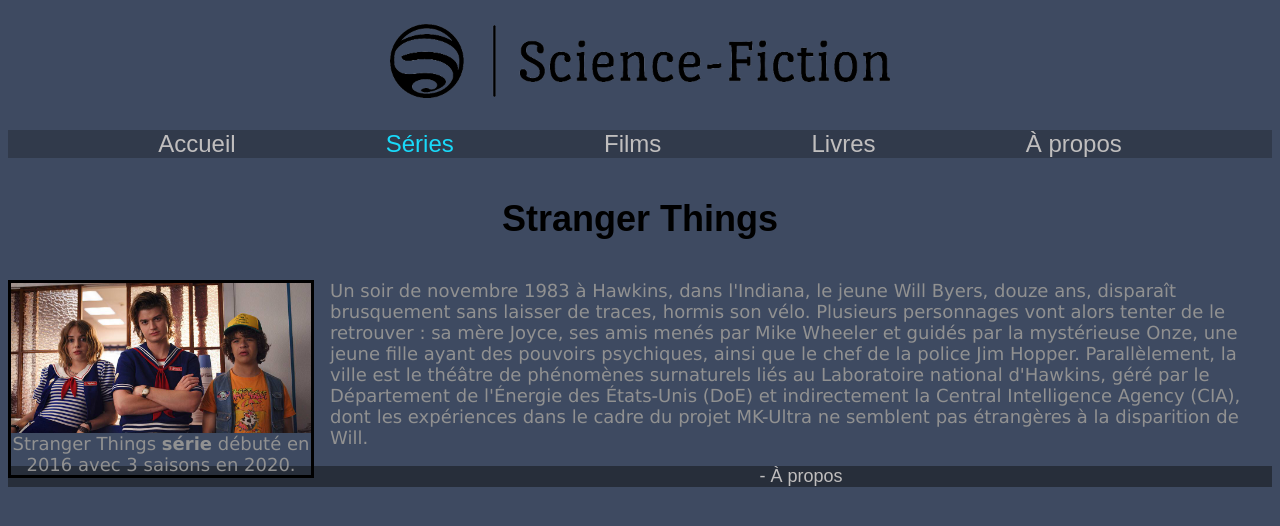
Repository: Emalios/Projet-Web
Page: html/series/stranger-things.html
These files come from the project's save history. The page is drawn as it stood at one moment and after the next save; the edit follows.
The browser window is 1280 px wide. The pictures show the whole page.

Above is the page before, as saved 2020-11-11 20:20:28.

After the next save:
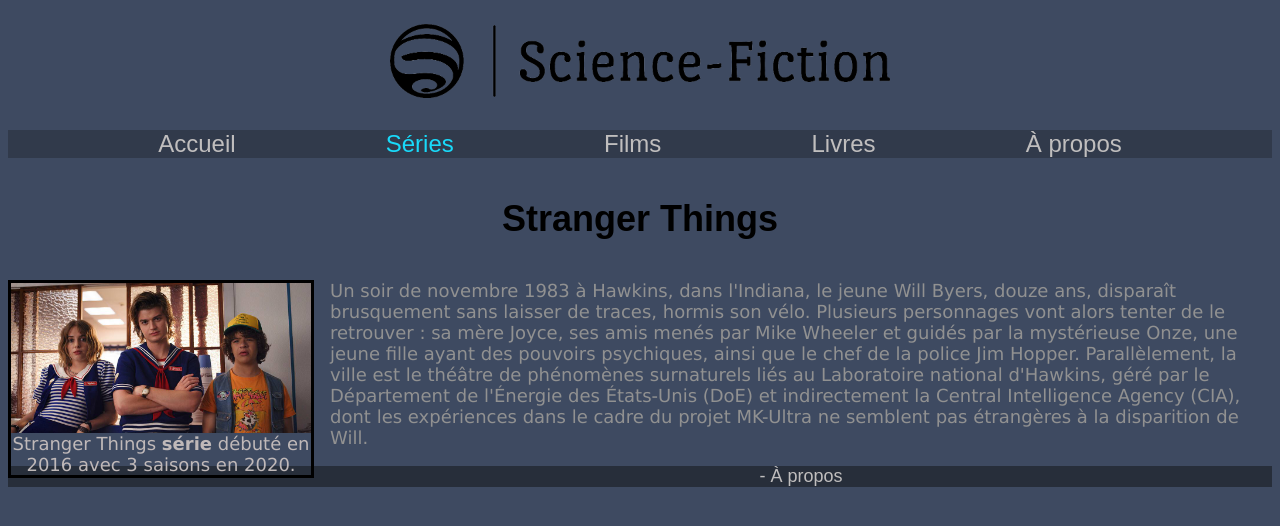
Saved 15 min 2 s later.
--- a/css/description.css
+++ b/css/description.css
@@ -1,6 +1,10 @@
 .resume, .description {
     color: #919191;
     font-family: Verdana, sans-serif;
+}
+
+.description {
+    color: #c0b9b9;
 }
 
 .figure_descriptive {
